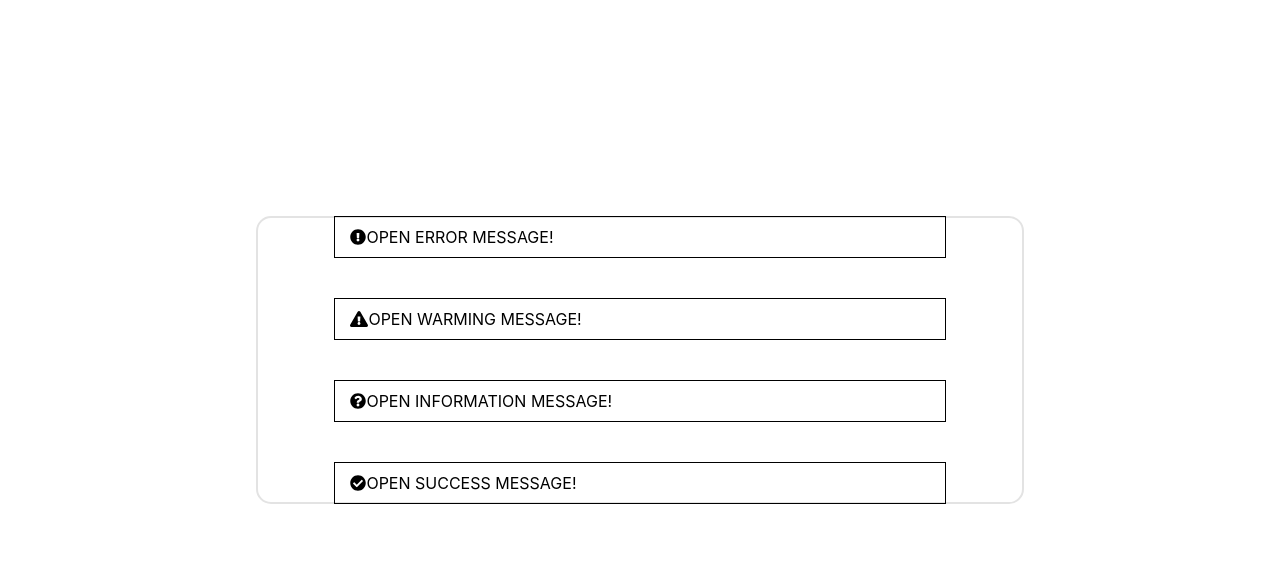
Repository: KrzysKolo/sr_tydzien5_zad2
Page: /
These files come from the project's save history. The page is drawn as it stood at one moment and after the next save; the edit follows.
The browser window is 1280 px wide. The pictures show the whole page.
The project was rebuilt for these pictures with package versions that can differ from the ones it lists, and the page was loaded fresh each time.

Above is the page before, as saved 2020-12-21 17:04:59.

After the next save:
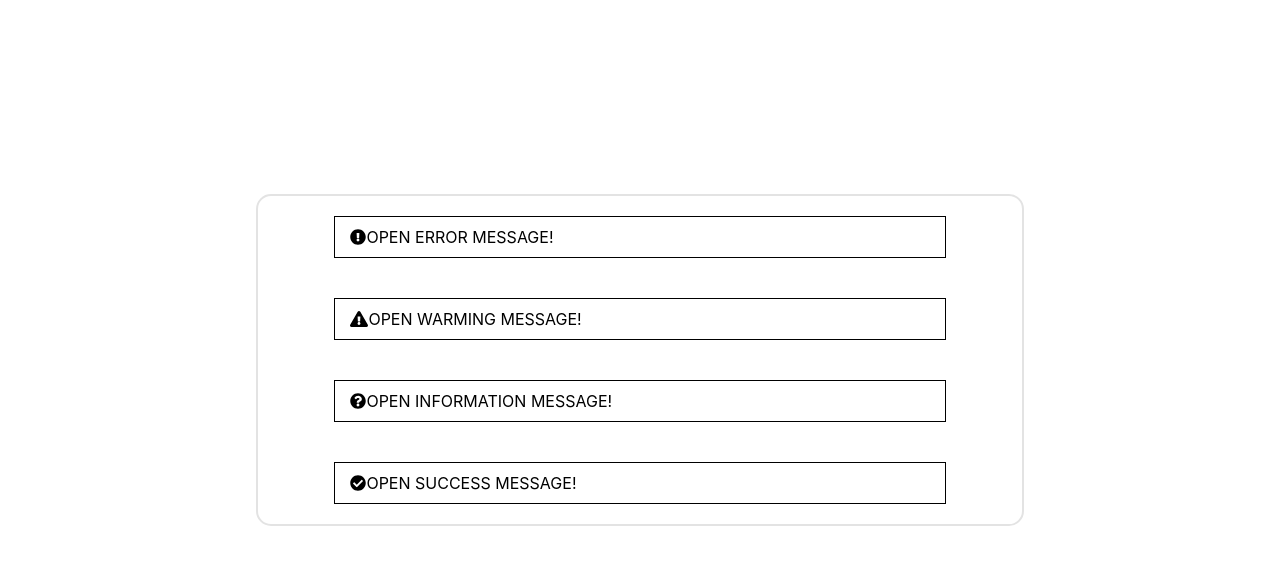
Saved 16 s later.
--- a/src/App.css
+++ b/src/App.css
@@ -15,7 +15,6 @@ body {
   border: 2px solid #e3e3e3;
   border-radius: 15px;
   width: 60vw;
-  height: 40vh;
   display: flex;
   flex-direction: column;
   justify-content: center;
